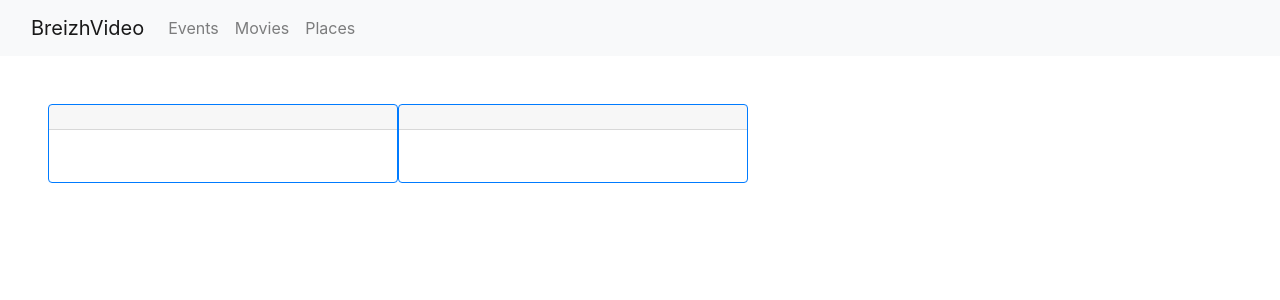
Repository: romgrm/Hackaton_BreizhVideo_FRONT
Page: /Movies
The author's editor kept a copy of each file at every save. The page is drawn from the files as they stood at one save, then again after a run of saves.
The browser window is 1280 px wide. The pictures show the whole page.
The page's requests for data from a server got no answer. The project was rebuilt for these pictures with package versions that can differ from the ones it lists, and the page was loaded fresh each time. No one was signed in, and anything a server would have sent is missing. Also part of the build but not shown: src/Components/Events.js, src/Components/Village.js.

Above is the page before, as saved 2020-12-21 16:15:25.

After the next 2 saves:
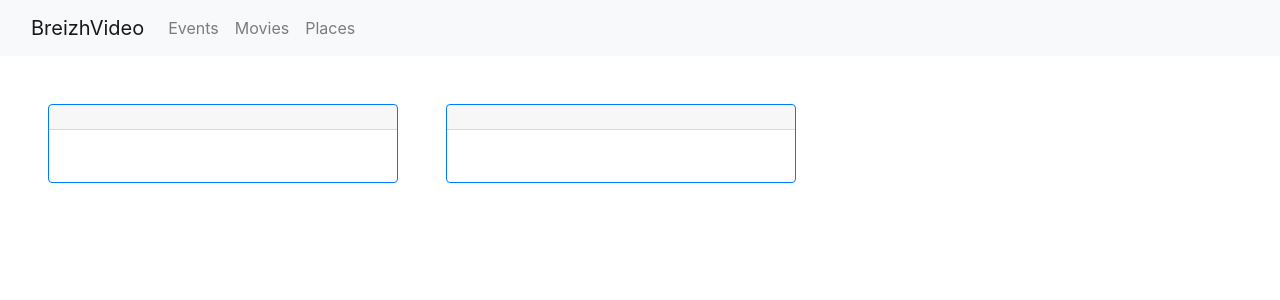
The 2 saves are shown as one change because they came seconds apart.
The last was saved 19 s later.
--- a/src/Components/Films.js
+++ b/src/Components/Films.js
@@ -35,7 +35,7 @@ export default function Films() {
                     ))}</p>
                 </div>
             </div>
-            <div class="card border-primary mb-3" style={{width: 350}}>
+            <div class="card border-primary mb-3 mx-5" style={{width: 350}}>
                 <div class="card-header">{film.map((current) => (
                     current.title
                     ))}</div>
